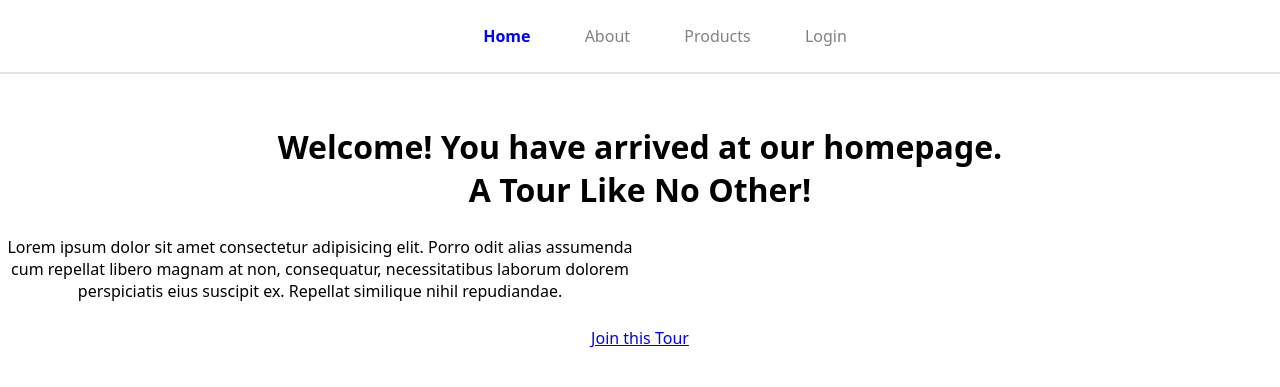
Repository: Yeyolive/WebDev_Collab_2025
Page: Basic_Projects/Basic-Website/index.html
The author's editor kept a copy of each file at every save. The page is drawn from the files as they stood at one save, then again after the next save.
The browser window is 1280 px wide. The pictures show the whole page.

Above is the page before, as saved 2025-11-02 20:06:26.

After the next save:
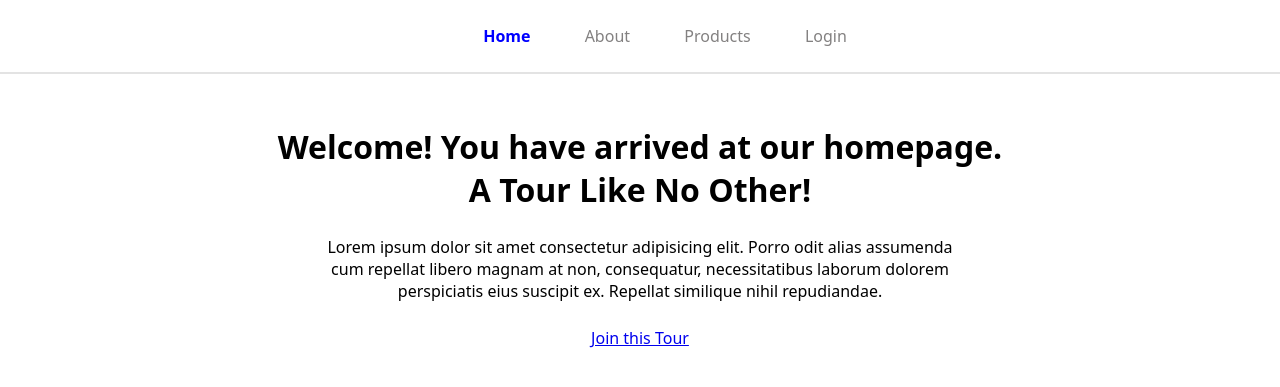
Saved 9 s later.
--- a/Basic_Projects/Basic-Website/styles.css
+++ b/Basic_Projects/Basic-Website/styles.css
@@ -40,4 +40,6 @@ header {
 header p {
   margin: 25px 0;
   width: 50%;
+  margin-left: auto;
+  margin-right: auto;
 }
